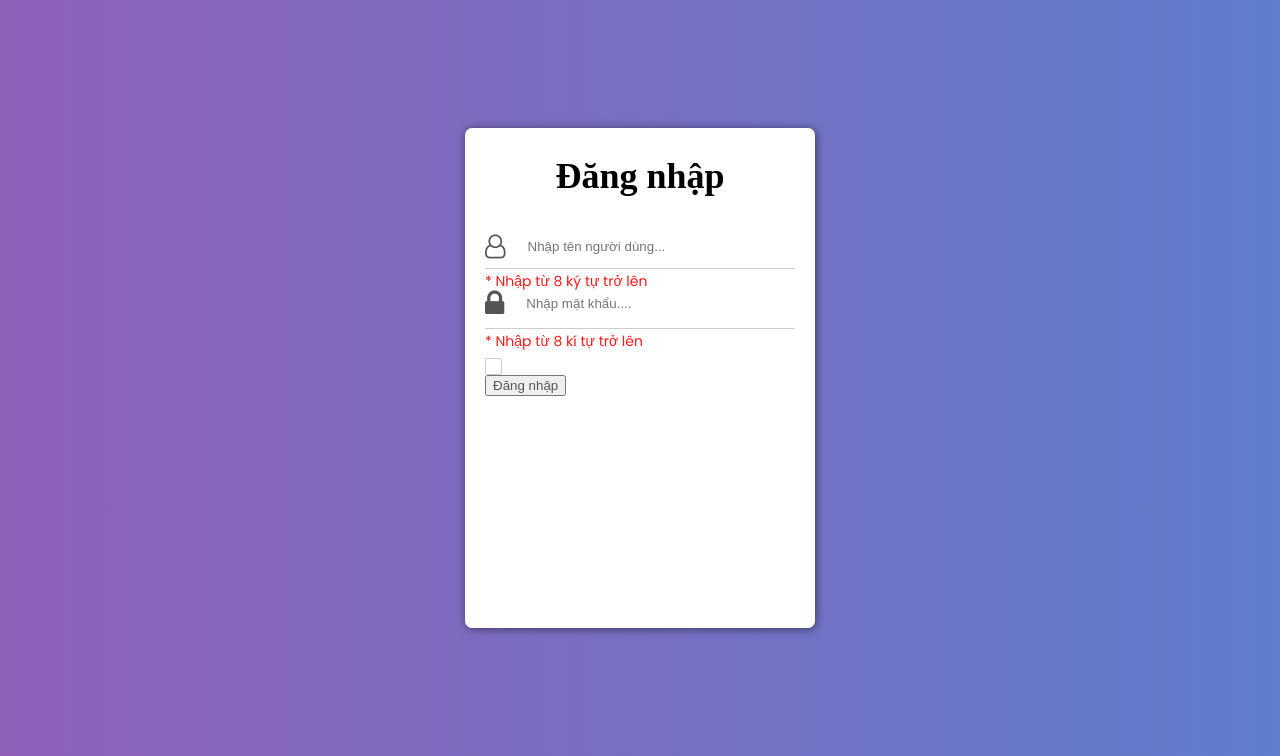
Repository: Nieday306/shophoaqua
Page: login.html
An editor plug-in stored every save of this project. The page is shown before and after the next save, followed by the edit.
The browser window is 1280 px wide. The pictures show the whole page.

Above is the page before, as saved 2024-04-06 18:22:25.

After the next save:
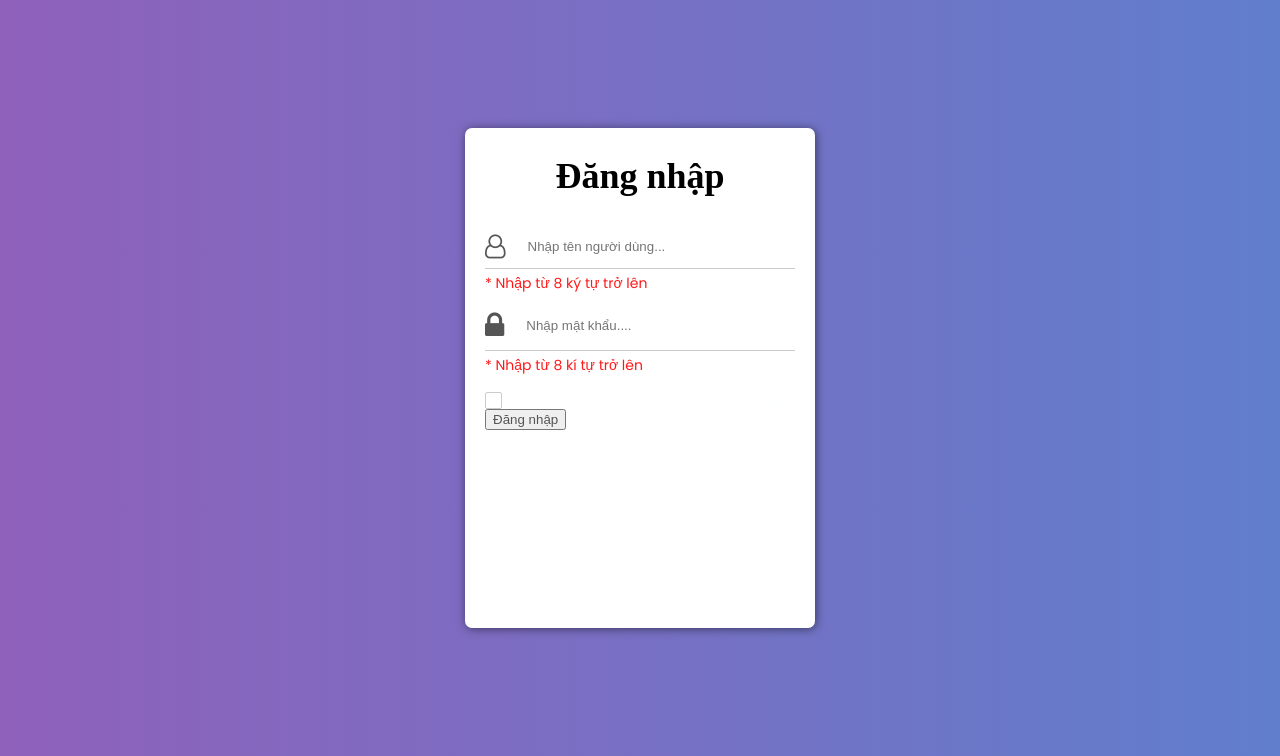
Saved 31 s later.
--- a/assets/css/login.css
+++ b/assets/css/login.css
@@ -67,7 +67,7 @@ input[type="text"] {
   color: red;
   opacity: 0.9;
   font-size: 1.4rem;
-  margin-top: 5px;
+  margin: 7px 0 20px;
   /* visibility: hidden; */
 }
 
